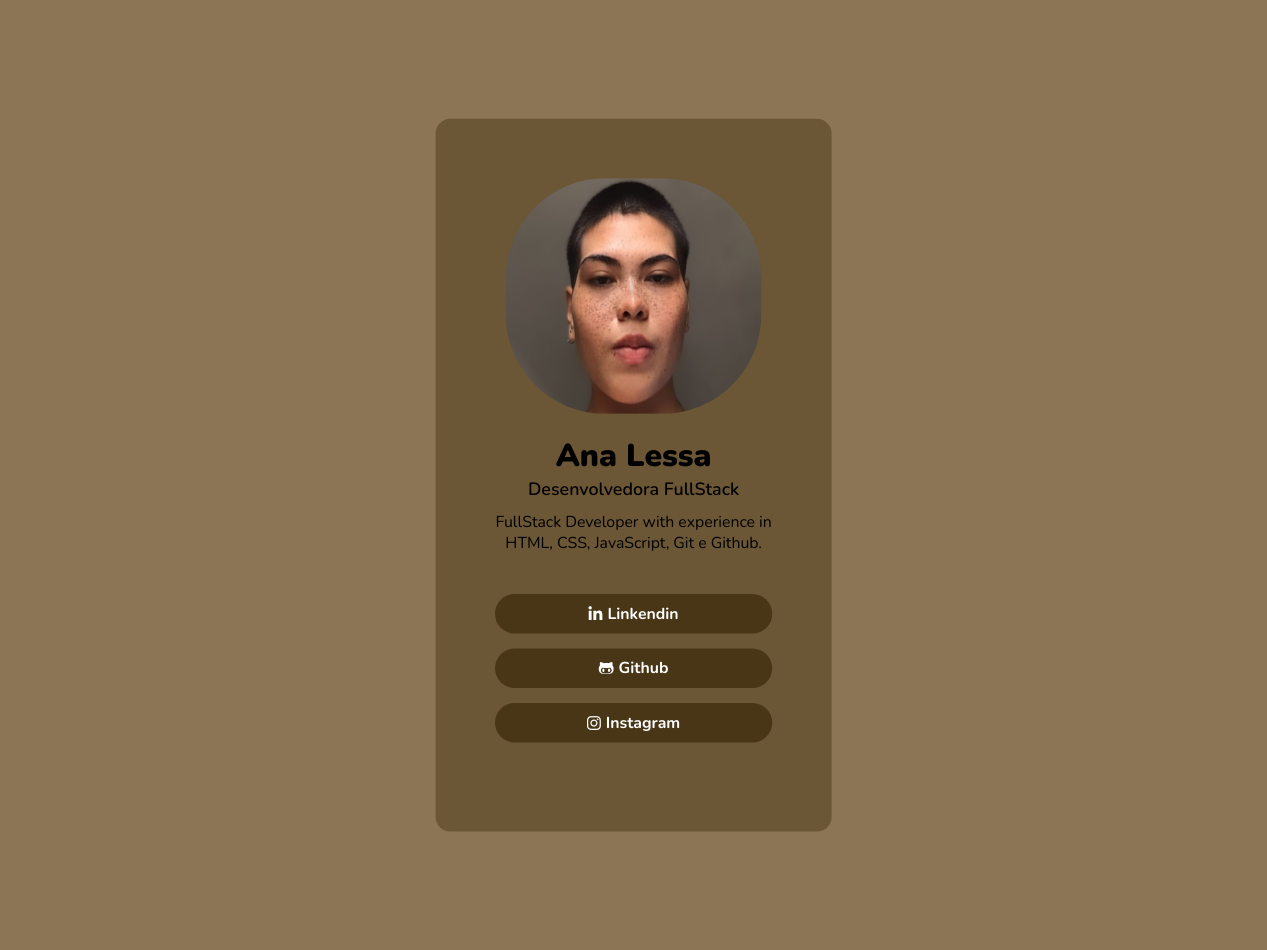
Repository: analessp/linktree
Page: index.html
The author's editor kept a copy of each file at every save. The page is drawn from the files as they stood at one save, then again after the next save.
The browser window is 1280 px wide. The pictures show the whole page, at 99% of full size.

Above is the page before, as saved 2025-04-11 11:11:50.

### index.html
<!DOCTYPE html>
<html lang="pt-BR">
<head>
    <meta charset="UTF-8">
    <meta name="viewport" content="width=device-width, initial-scale=1.0">
    <title>Linktree Ana Lessa</title>
    <link rel="stylesheet" href="style.css">
    <link rel="preconnect" href="https://fonts.googleapis.com">
    <link rel="preconnect" href="https://fonts.gstatic.com" crossorigin>
    <link href="https://fonts.googleapis.com/css2?family=Nunito:ital,wght@0,200..1000;1,200..1000&display=swap" rel="stylesheet">
    <link rel="stylesheet" href="https://cdnjs.cloudflare.com/ajax/libs/font-awesome/6.5.0/css/all.min.css">
</head>
<body>
    <div class="container-main">
    <div class="container-image">
        <img src="./assets/img.jpg" alt="Foto de Ana Lessa">
    </div>
    <div class="container-infos">
        <h1>Ana Lessa</h1>
        <h2>Desenvolvedora FullStack</h2>
    </div>
    <div class="container-easter-egg">
        <p>FullStack Developer with experience in HTML, CSS, JavaScript, Git e Github.</p>
    </div>
    <div class="container-social-links">
        <ul>
            <a href="https://www.linkedin.com/in/ana-lessa-2a312a253/" target="_blank">
            <li>
            <i class="fa-brands fa-linkedin-in"></i>
            <p>Linkendin</p>
            </li></a>
            <a href="https://github.com/analessp" target="_blank">
            <li>
            <i class="fa-brands fa-github-alt"></i>
            <p>Github</p>
            </li></a>
            <a href="https://www.instagram.com/analessp/" target="_blank">
            <li>
            <i class="fa-brands fa-instagram"></i>
            <p>Instagram</p>
            </li></a>
        </ul>
    </div>
    </div>
</body>
</html>

### style.css
* {
    font-family: "Nunito", sans-serif;
    margin: 0;
    padding: 0;
    box-sizing: border-box;
}

body {
    background-color: #8c7554;
}

.container-main {
    background-color: #6b5635;
    width: 400px;
    height: 720px;
    box-sizing: border-box;
    margin: 120px auto;
    padding: 60px;
    border-radius: 15px;
    text-align: center;
}

.container-image img{
        width: 258px;
        height: 238px;
        border-radius: 100px;
}

.container-infos {
margin-top: 15px;
margin-bottom: 10px;
}

.container-infos h1 {
    font-weight: 900;
}

.container-infos h2 {
    font-weight: 600;
    font-size: 18px;
}

.container-social-links ul {
    list-style: none;
}

.container-social-links a {
    text-decoration: none;
    color: #ffffff;
}

.container-social-links {
    margin-top: 40px;
}

.container-social-links li {
    display: flex;
    justify-content: center;
    gap: 5px;
    align-items: center;
    width: 280px;
    height: 40px;
    background-color: #493617;
    margin: 15px 0;
    padding: 8px 0;
    border-radius: 20px;
    font-weight: 700;
    transform-origin: 0.6%;

    &:hover {
        background-color: bisque (0, 0, 0);
        transform: scale(1.1);
    }
}

After the next save:
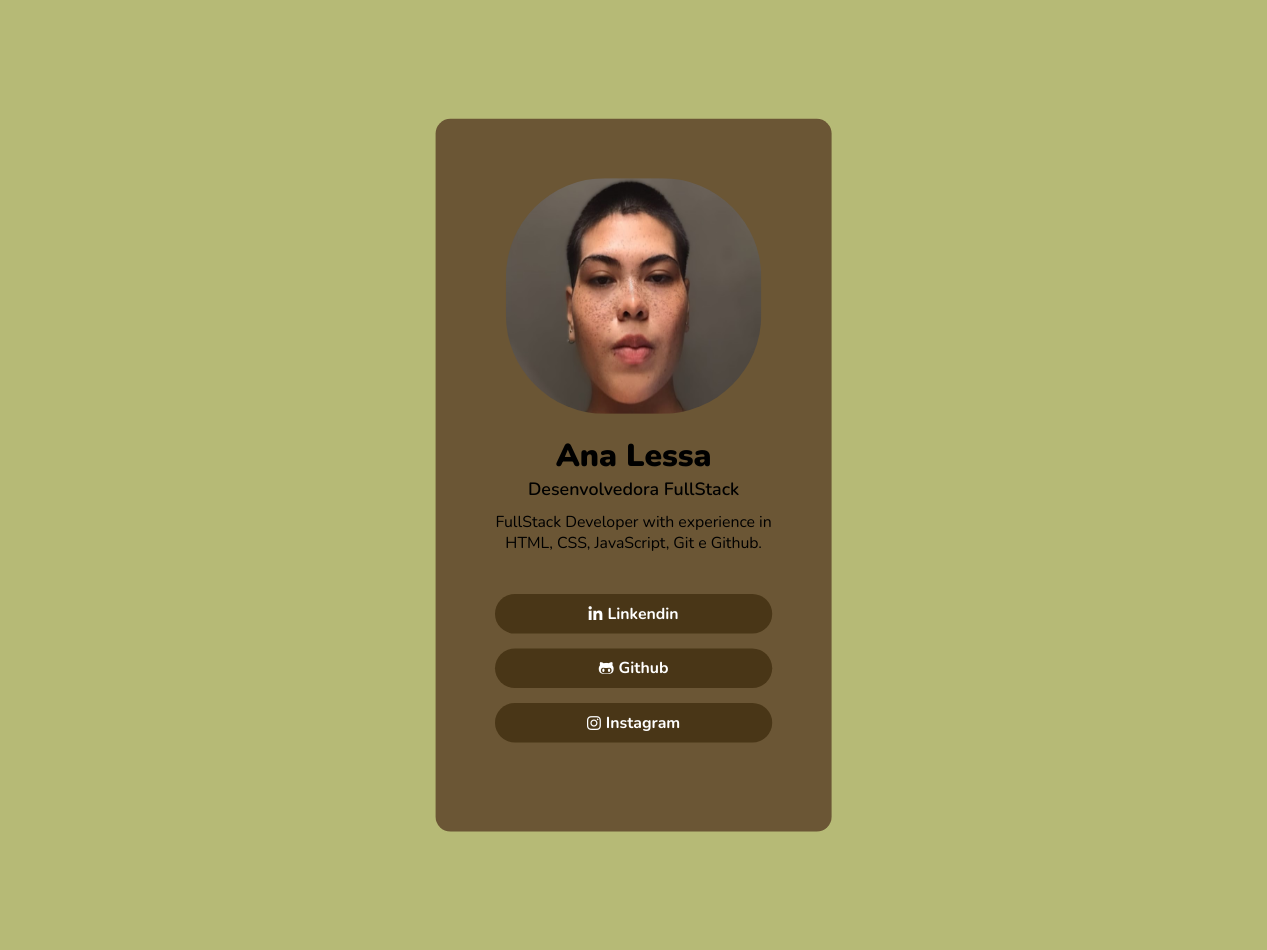
Saved 2 min 10 s later.
--- a/style.css
+++ b/style.css
@@ -6,7 +6,7 @@
 }
 
 body {
-    background-color: #8c7554;
+    background-color: #b6ba76;
 }
 
 .container-main {
